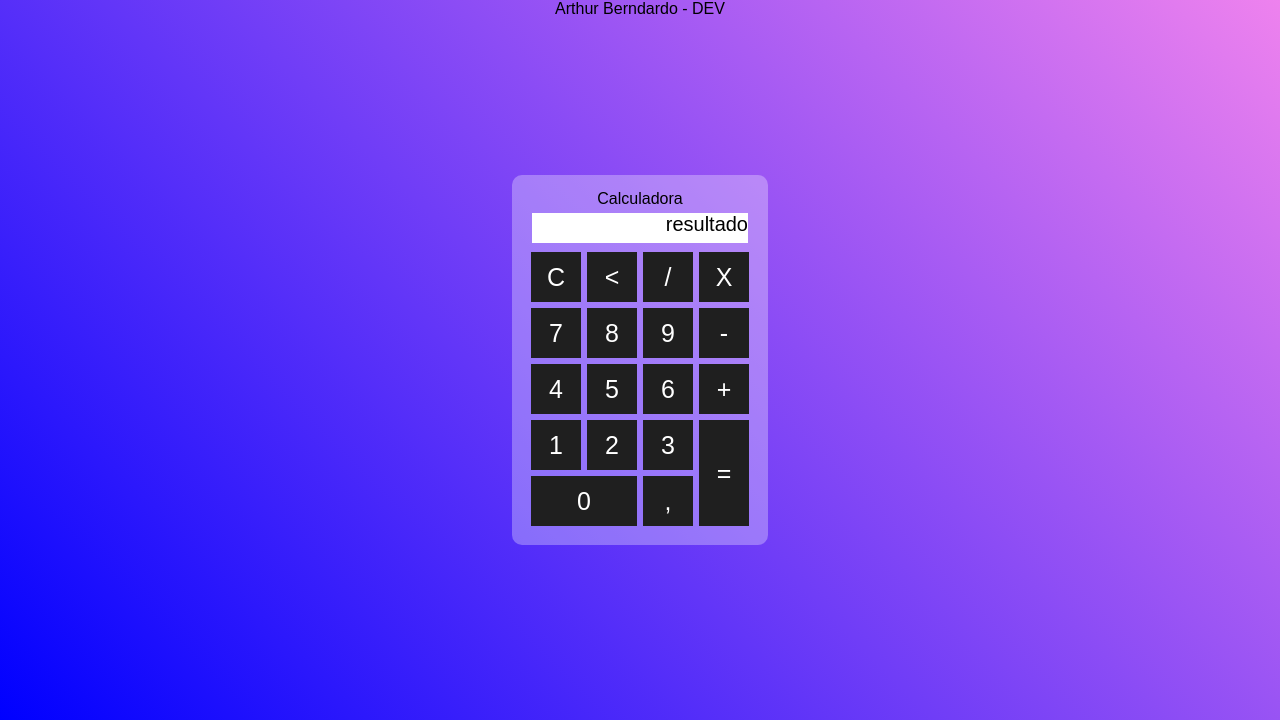
Repository: oThurDev/calculadora
Page: calculadora.html
An editor plug-in stored every save of this project. The page is shown before and after the next save, followed by the edit.
The browser window is 1280 px wide. The pictures show the whole page.

Above is the page before, as saved 2022-02-25 15:48:53.

After the next save:
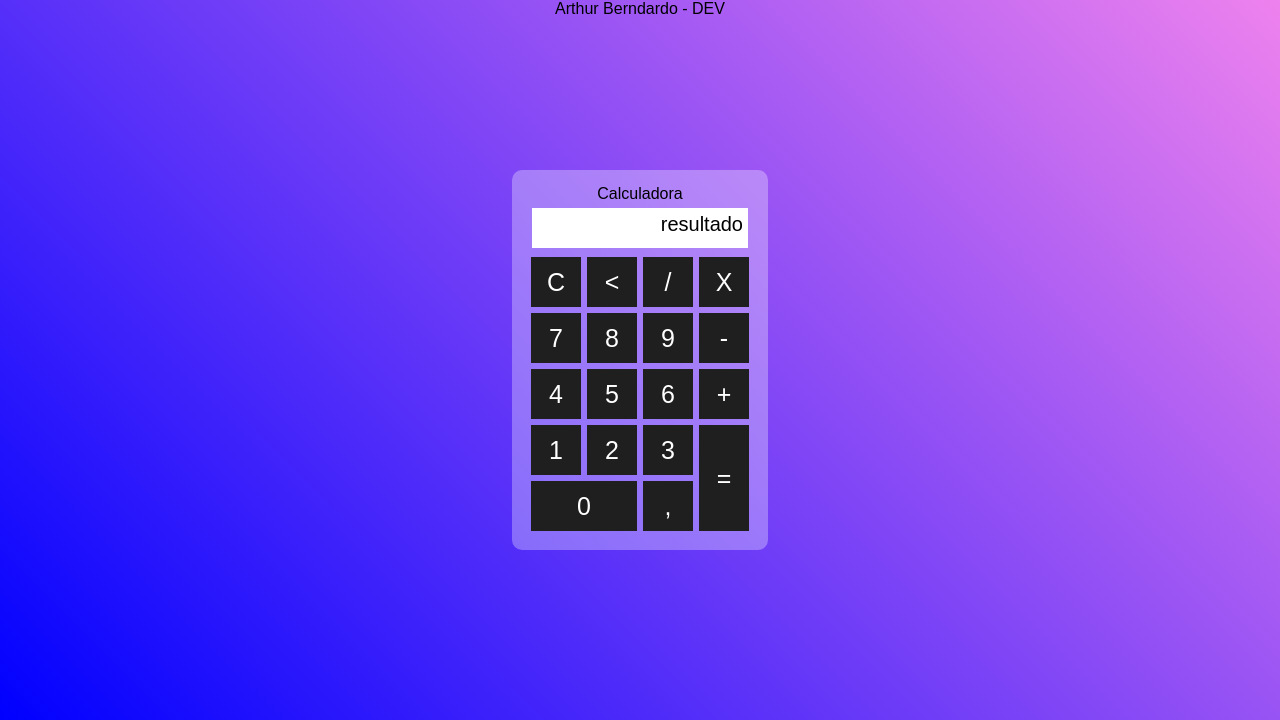
Saved 10 s later.
--- a/style_calculadora.css
+++ b/style_calculadora.css
@@ -42,4 +42,5 @@
     margin: 5px;
     font-size: 20px;
     text-align: right;
+    padding: 5px;
 }
